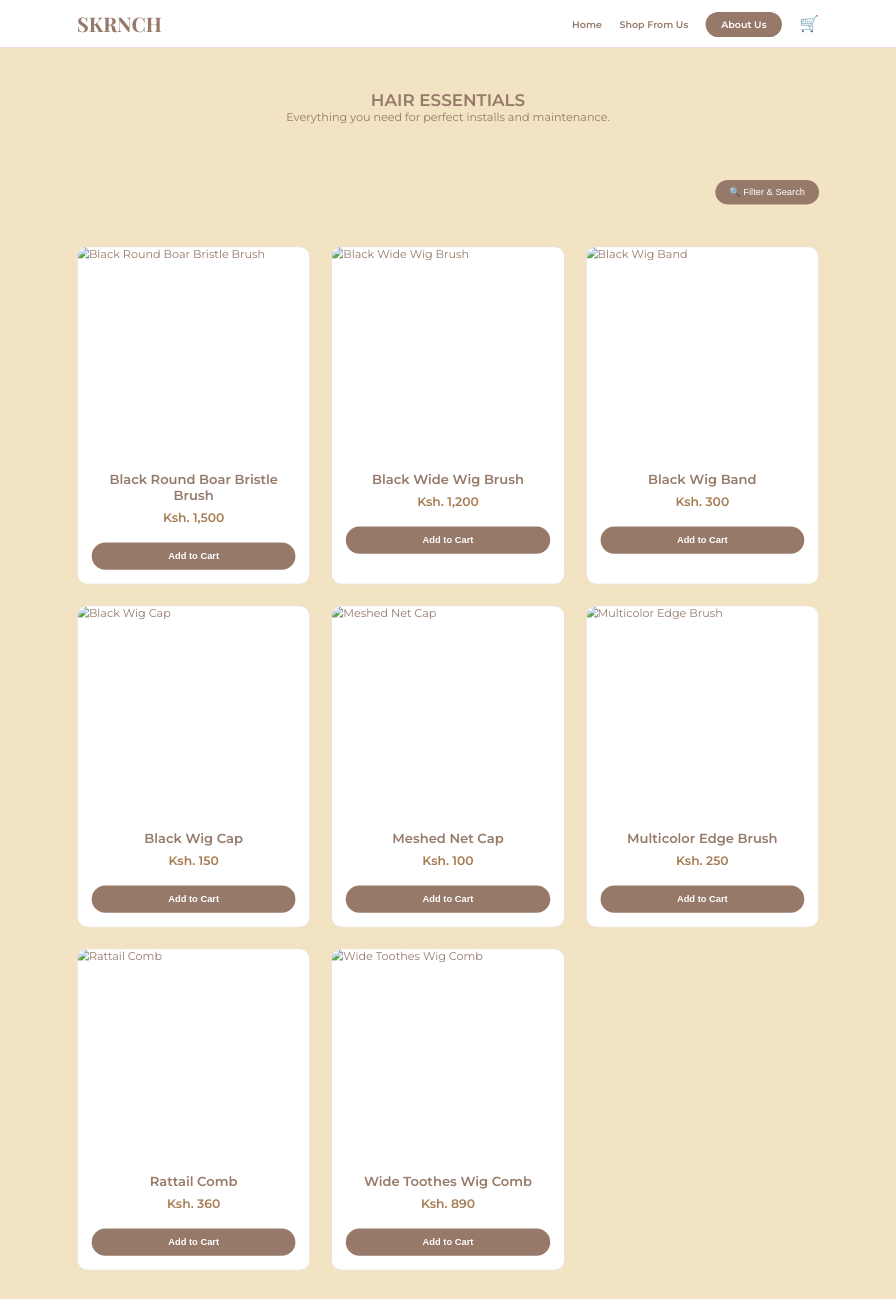
Repository: ndirituart/Portfolio
Page: products/hairessentials.html
An editor plug-in stored every save of this project. The page is shown before and after the next save, followed by the edit.
The browser window is 1280 px wide. The pictures show the whole page, at 70% of full size.
Some web fonts or font styles are not loaded; a fallback is used.

Above is the page before, as saved 2026-02-13 14:02:51.
Not found: assets/Black Round Boar Bristle Brush.jpg
Not found: assets/Black Wide Wig Brush.jpg
Not found: assets/Black Wig Band.jpg

After the next save:
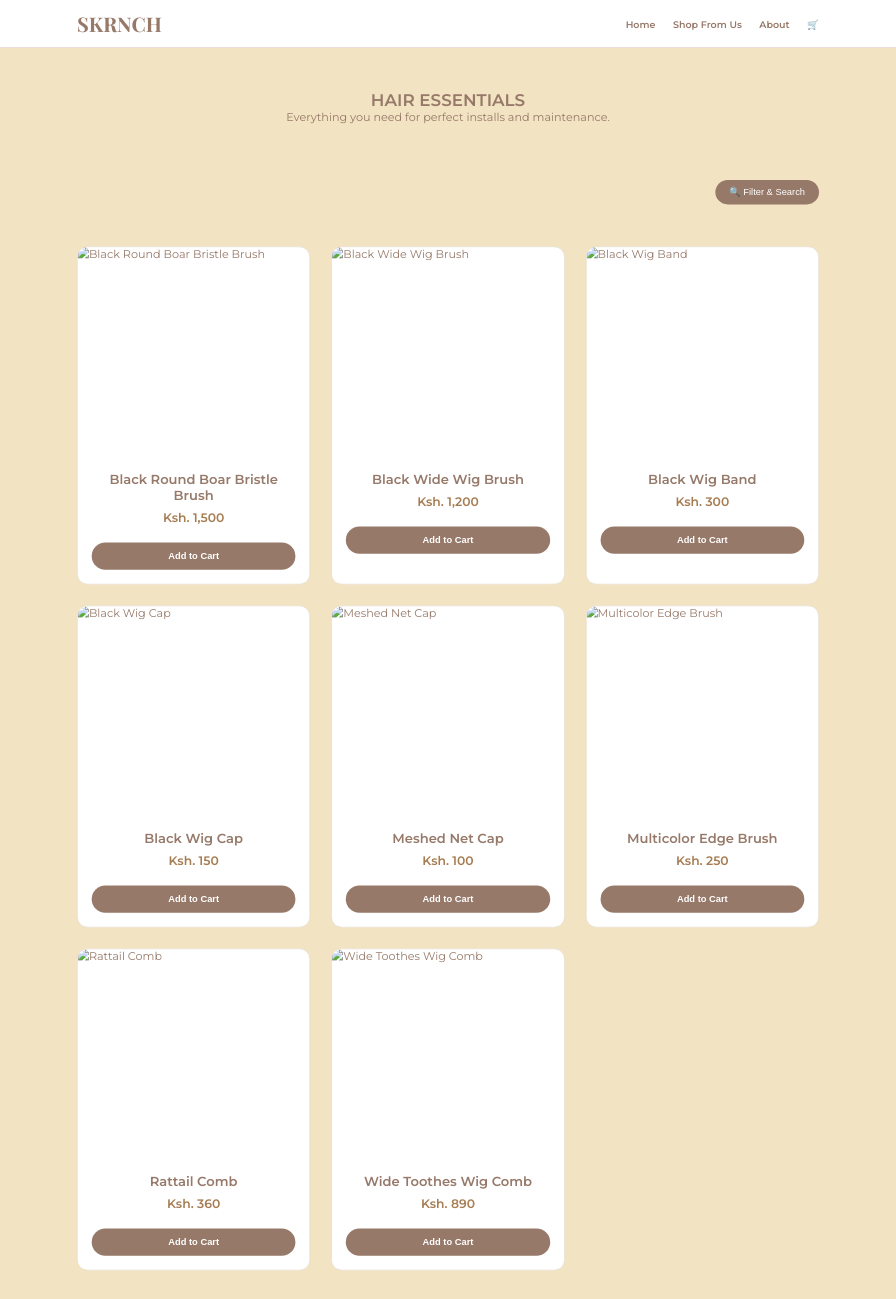
Saved 33 s later.
--- a/products/hairessentials.html
+++ b/products/hairessentials.html
@@ -71,22 +71,22 @@
     <header class="main-header">
         <div class="container">
             <div class="logo">SKRNCH</div>
-            <nav>
+             <nav>
                 <ul>
                     <li><a href="index.html">Home</a></li>
-                    <li class="dropdown">
+                     <li class="dropdown">
                         <a href="shop.html" class="dropbtn">Shop From Us</a>
                         <div class="dropdown-content">
-                            <a href="wigs.html">Wigs & Hair Extensions</a>
-                            <a href="accessories.html">Hair Accessories</a>
-                            <a href="essentials.html">Hair Essentials</a>
-                            <a href="products.html">Hair Products</a>
+                            <a href="../wigsorextensions.html">Wigs & Hair Extensions</a>
+                            <a href="hairaccessories.html">Hair Accessories</a>
+                            <a href="hairessentials.html">Hair Essentials</a>
+                            <a href="hairproducts.html">Hair Products</a>
                         </div>
                     </li>
-                    <li><a href="about.html" class="btn-small">About Us</a></li>
+                    <li><a href="about.html">About</a></li>
                     <li>
-                        <a href="cart.html" class="cart-link">
-                            🛒<span v-if="cartCount > 0" class="cart-badge">{{ cartCount }}</span>
+                        <a href="../cart.html" class="cart-icon-container">
+                            🛒 <span v-if="cartCount > 0" class="cart-badge">{{ cartCount }}</span>
                         </a>
                     </li>
                 </ul>
